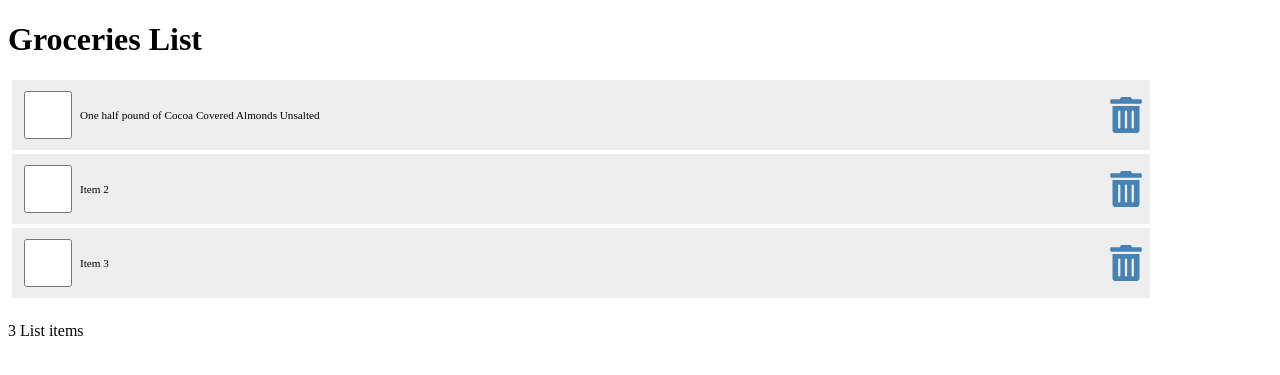
Repository: akinmiday/react-series
Page: /
The author's editor kept a copy of each file at every save. The page is drawn from the files as they stood at one save, then again after a run of saves.
The browser window is 1280 px wide. The pictures show the whole page.
The project was rebuilt for these pictures with package versions that can differ from the ones it lists, and the page was loaded fresh each time. Also part of the build but not shown: vite.config.js, src/index.css.

Above is the page before, as saved 2023-08-21 19:43:53.

### src/App.jsx
import { useState } from 'react'
import './App.css'
import Content from './Content'
import Footer from './Footer'
import Header from './Header'

const App = () => {
  const [items, setItems] = useState([
    {
      id: 1,
      checked: false,
      item: "One half pound of Cocoa Covered Almonds Unsalted"
    },
    {
      id: 2,
      checked: false,
      item: "Item 2"
    },
    {
      id: 3,
      checked: false,
      item: "Item 3"

    }
  ])

  const handleCheck = (id) => {
    const listItems = items.map((item) => item.id === id ? { ...item, checked: !item.checked } : item)
    setItems(listItems)
    localStorage.setItem("shoppinglist", JSON.stringify(listItems))
  }

  const handleDelete = (id) => {
    const listItems = items.filter((item) => item.id !== id)
    setItems(listItems)
    localStorage.setItem("shoppinglist", JSON.stringify(listItems))
  }

  return (
    <>
      <Header title="Groceries List" />
      <Content
        items={items}
        handleCheck={handleCheck}
        handleDelete={handleDelete}
      />
      <Footer length={items.length} />
    </>
  )
}

export default App

### src/App.css
ul {
    width: 90%;
    list-style: none;
    padding: 0 0.25rem 0.25rem;
}

ul li::before{
    content: "\200B";
}

.item{
    display: flex;
    justify-content: flex-start;
    align-items: center;
    padding: 0.5rem 0 0.5rem 0.5rem;
    margin: 0.25rem 0;
    background-color: #eee;
}

.item input[type="checkbox"] {
    text-align: center;
    width: 2.5rem;
    width: 48px;
    min-width: 48px;
    height: 2.5rem;
    height: 48px;
    min-height: 48px;
    cursor: pointer;
    margin-right: 0.5rem;
}

.item input[type="checkbox"]:focus + label{
text-decoration: underline;
}

.item > label{
    font-size: 0.7rem;
    flex-grow: 1;
}

.item svg{
    width: 48px;
    min-width: 48px;
    height: 36px;
    font-size: 2px;
    color: steelblue;
    cursor: pointer;
}

.item svg:focus,
.item svg:hover{
    color: red;
    outline: none;
}

### src/Content.jsx
/* eslint-disable react/prop-types */
import { FaTrashAlt } from "react-icons/fa"

const Content = ({ items, handleCheck, handleDelete }) => {

    return (
        <>
            {items.length ? (
                <ul>
                    {items.map((item) => (
                        <li className='item' key={item.id} >
                            <input
                                type='checkbox'
                                checked={item.checked}
                                onChange={() => handleCheck(item.id)}
                            />
                            <label
                                style={(item.checked) ? { textDecoration: 'line-through' } : null}
                                onDoubleClick={() => handleCheck(item.id)}
                            >{item.item}</label>
                            <FaTrashAlt
                                onClick={() => handleDelete(item.id)}
                                role='button'
                                tabIndex="0"
                            />
                        </li>
                    ))}
                </ul>
            ) : (
                <p style={{ marginTop: '2rem' }} >Your List is empty</p>
            )}
        </>
    )
}

export default Content

### src/Footer.jsx
// eslint-disable-next-line react/prop-types
const Footer = ({ length }) => {

  return (
    <div>
      <p>{length} List {length <= 1 ? "item" : "items"}  </p>
    </div>
  )
}

export default Footer

### src/Header.jsx
// eslint-disable-next-line react/prop-types
const Header = ({ title }) => {
    return (
        <header>
            <h1>{title}</h1>
        </header>
    )
}

export default Header

Loaded but not shown: index.html (common file); src/main.jsx (common file)

After the next 2 saves:
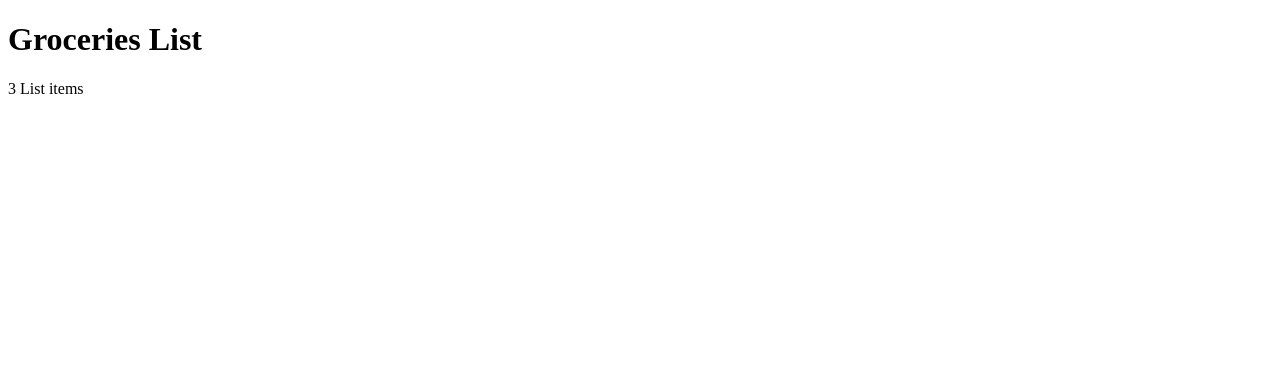
The 2 saves are shown as one change because 1 did not build or start.
The last was saved 47 s later.
--- a/src/Content.jsx
+++ b/src/Content.jsx
@@ -1,33 +1,14 @@
 /* eslint-disable react/prop-types */
-import { FaTrashAlt } from "react-icons/fa"
+
 
 const Content = ({ items, handleCheck, handleDelete }) => {
 
     return (
         <>
             {items.length ? (
-                <ul>
-                    {items.map((item) => (
-                        <li className='item' key={item.id} >
-                            <input
-                                type='checkbox'
-                                checked={item.checked}
-                                onChange={() => handleCheck(item.id)}
-                            />
-                            <label
-                                style={(item.checked) ? { textDecoration: 'line-through' } : null}
-                                onDoubleClick={() => handleCheck(item.id)}
-                            >{item.item}</label>
-                            <FaTrashAlt
-                                onClick={() => handleDelete(item.id)}
-                                role='button'
-                                tabIndex="0"
-                            />
-                        </li>
-                    ))}
-                </ul>
+                <div></div>
             ) : (
-                <p style={{ marginTop: '2rem' }} >Your List is empty</p>
+                <p style={{ marginTop: '2rem' }} >Your List is empty</p >
             )}
         </>
     )
